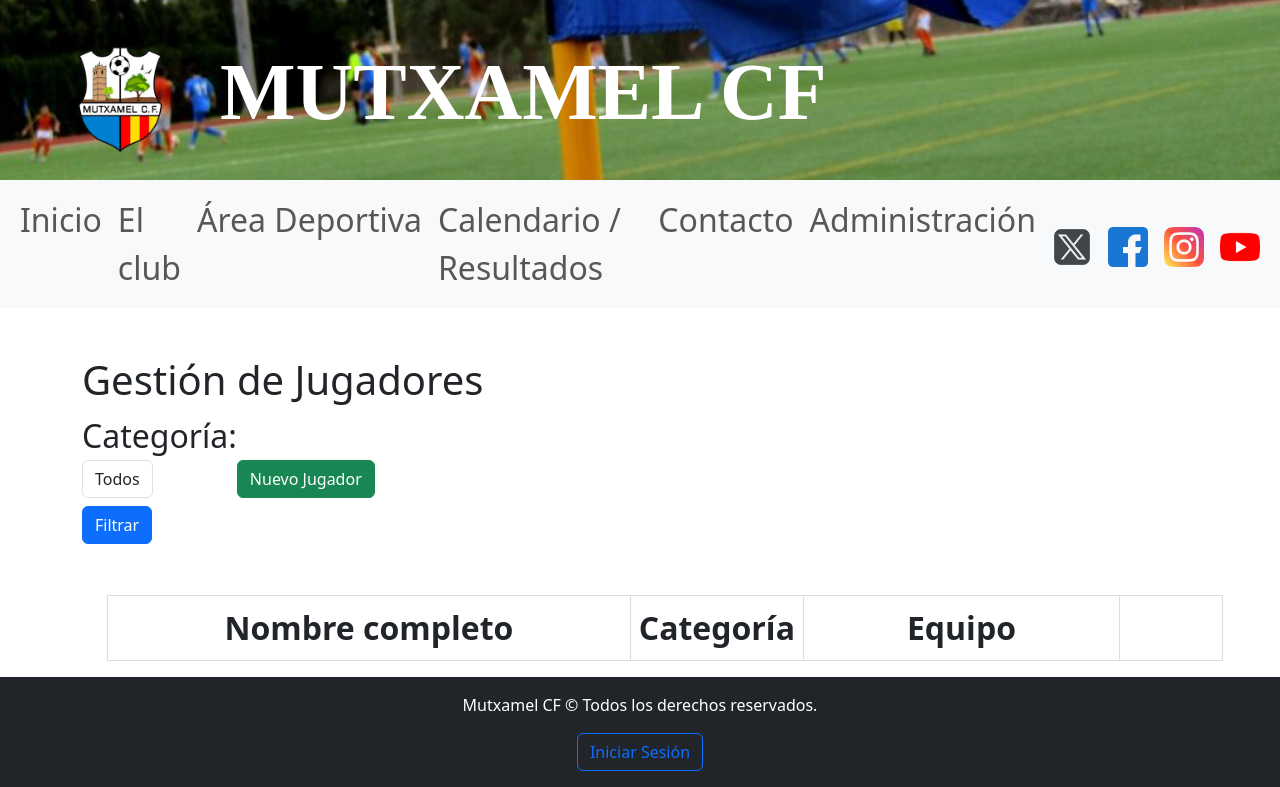
Repository: mikeluca/webMutxamelCF
Page: http://localhost/admin/jugadores
An editor plug-in stored every save of this project. The page is shown before and after the next save, followed by the edit.
The browser window is 1280 px wide. The pictures show the whole page.
Some web fonts or font styles are not loaded; a fallback is used. Some web libraries are served in a nearby version. The page is this project's Thymeleaf template; nobody is signed in. The template is opened directly, without the code that normally fills it, so the values that code supplies are empty.

Above is the page before, as saved 2024-10-29 14:53:33.

### mvc/src/main/resources/templates/admin/jugadores.html
<!DOCTYPE html>
<html xmlns:th="http://www.thymeleaf.org">

<head>
	<title>Mutxamel Club de Fútbol</title>
	<link href="https://cdn.jsdelivr.net/npm/bootstrap@5.3.0/dist/css/bootstrap.min.css" rel="stylesheet">
	<link th:href="@{/css/estilos.css}" rel="stylesheet">
	<link rel="icon" href="/images/favicon.ico" type="image/x-icon">
	<link href="https://fonts.googleapis.com/css2?family=Fredericka+the+Great&display=swap" rel="stylesheet">
	<link rel="stylesheet" href="https://cdn.jsdelivr.net/npm/bootstrap-icons@1.4.1/font/bootstrap-icons.css">
</head>

<body>

	<!-- Incluir el header -->
	<div th:replace="~{cabecera.html}"></div>

	<div class="container mt-5 lead">
		<h1>Gestión de Jugadores</h1>

		<div class="d-flex align-items-center mb-4"> <!-- Utiliza d-flex para alinear horizontalmente -->

			<!-- Filtro por categoría -->
			<form class="form-inline mb-4" action="/admin/jugadores" method="get">
				<label for="categoria" class="mr-2">Categoría:</label>
				<select id="categoria" name="categoria" class="form-control mr-2 w-auto">
					<option value="">Todos</option> <!-- Opción para "Todos" -->
					<option th:each="categoria : ${categorias}" th:value="${categoria}" th:text="${categoria}"></option>
				</select>
				<button type="submit" class="btn btn-primary">Filtrar</button>
			</form>

			<!-- Botón para nuevo jugador -->
			<button class="btn btn-success mb-4" data-toggle="modal" data-target="#jugadorModal"
				onclick="limpiarFormulario()">Nuevo Jugador</button>
		</div>

		<!-- Tabla de jugadores -->
		<table class="table table-striped w-100">
			<thead>
				<tr>
					<th style="width: 50%;">Nombre completo</th> <!-- Ajusta el ancho de la columna -->
					<th style="width: 10%;">Categoría</th> <!-- Ajuste mínimo para la columna de categoría -->
					<th style="width: 30%;">Equipo</th> <!-- Ajuste mínimo para la columna de equipo -->
					<th style="width: 10%;"></th> <!-- Ajuste mínimo para la columna de botones -->
				</tr>
			</thead>
			<tbody>
				<tr th:each="jugador : ${jugadores}">
					<!--					<td th:text="${jugador.dni}"></td>-->
					<td th:text="${jugador.nombre} + ' ' + ${jugador.apellidos}"></td>
					<td th:text="${jugador.categoria}"></td>
					<td th:text="${jugador.equipo}"></td>
					<td>
						<!--						 Botón para editar jugador -->
						<!--						<button class="btn btn-primary btn-sm" data-toggle="modal" data-target="#jugadorModal"-->
						<!--							th:onclick="editarJugador('${jugador.dni}')">-->
						<!--							<i class="bi bi-pencil"></i>  Ícono de editar -->
						<!--						</button>-->
						<!-- Botón para borrar jugador -->
						<form th:action="@{'/admin/jugadores/borrar/' + ${jugador.dni}}" method="post"
							style="display:inline;">
							<button type="submit" class="btn btn-danger btn-sm"
								onclick="return confirm('¿Estás seguro de que deseas borrar este jugador?');">
								<i class="bi bi-trash"></i> <!-- Ícono de eliminar -->
							</button>
						</form>
					</td>
				</tr>
			</tbody>
		</table>
	</div>

	<!-- Modal para crear/editar jugador -->
	<div class="modal fade lead" id="jugadorModal" tabindex="-1" role="dialog" aria-labelledby="jugadorModalLabel"
		aria-hidden="true">
		<div class="modal-dialog modal-lg" role="document">
			<div class="modal-content">
				<div class="modal-header">
					<h3 class="modal-title lead" id="jugadorModalLabel">Nuevo Jugador</h3>
					<button type="button" class="close" data-dismiss="modal" aria-label="Close">
						<span aria-hidden="true">&times;</span>
					</button>
				</div>
				<form id="jugadorForm" enctype="multipart/form-data">
					<div class="modal-body">
						<div class="row"> <!-- Fila para las columnas -->
							<div class="col-md-6"> <!-- Primera columna -->
								<div class="form-group">
									<label for="dni">DNI:</label>
									<input type="text" class="form-control" id="dni" name="dni" required>
								</div>
								<div class="form-group">
									<label for="nombre">Nombre:</label>
									<input type="text" class="form-control" id="nombre" name="nombre" required>
								</div>
								<div class="form-group">
									<label for="categoria">Categoría:</label>
									<select id="categoria" name="categoria" class="form-control">
										<option value="Escuelita">Escuelita</option>
										<option value="Benjamín">Benjamín</option>
										<option value="Prebenjamín">Prebenjamín</option>
										<option value="Alevín">Alevín</option>
										<option value="Infantil Femenino">Infantil Femenino</option>
										<option value="Infantil">Infantil</option>
										<option value="Cadete Femenino">Cadete Femenino</option>
										<option value="Cadete">Cadete</option>
										<option value="Juvenil">Juvenil</option>
										<option value="Filial">Filial</option>
										<option value="Primer Equipo Femenino">Primer Equipo Femenino</option>
										<option value="Primer Equipo">Primer Equipo</option>
										<option value="Veteranos">Veteranos</option>
									</select>
								</div>
								<div class="form-group">
									<label for="posicion">Posición:</label>
									<input type="text" class="form-control" id="posicion" name="posicion">
								</div>
							</div>
							<div class="col-md-6"> <!-- Segunda columna -->
								<div class="form-group">
									<label for="fechaNacimiento">Fecha Nacimiento:</label>
									<input type="date" class="form-control" id="fechaNacimiento" name="fechaNacimiento"
										required>
								</div>
								<div class="form-group">
									<label for="apellidos">Apellidos:</label>
									<input type="text" class="form-control" id="apellidos" name="apellidos" required>
								</div>
								<div class="form-group">
									<label for="equipo">Equipo:</label>
									<input type="text" class="form-control" id="equipo" name="equipo">
								</div>
								<div class="form-group">
									<label for="dorsal">Dorsal:</label>
									<input type="number" class="form-control" id="dorsal" name="dorsal">
								</div>
								<!-- Campo para subir foto -->
								<div class="form-group">
									<label for="foto">Subir Foto</label>
									<input type="file" class="form-control-file" id="foto" name="foto" accept="image/*">
								</div>
							</div>
						</div>
					</div>
					<div class="modal-footer">
						<button type="button" class="btn btn-secondary" data-dismiss="modal">Cerrar</button>
						<button type="submit" class="btn btn-primary" onclick="guardarJugador()">Guardar
							Cambios</button>
					</div>
				</form>
			</div>
		</div>
	</div>


	<!-- Incluir el footer -->
	<div th:replace="~{footer.html}"></div>

	<script>
		function guardarJugador() {
			// Obtén los datos del formulario
			const formData = new FormData(document.getElementById('jugadorForm'));

			// Enviar el formulario con AJAX
			fetch('/admin/jugadores/guardar', {
				method: 'POST',
				body: formData
			}).catch(error => console.error('Error:', error));
		}

		function limpiarFormulario() {
			document.getElementById('dni').value = '';
			document.getElementById('nombre').value = '';
			document.getElementById('apellidos').value = '';
			document.getElementById('posicion').value = '';
			document.getElementById('fechaNacimiento').value = '';
			document.getElementById('categoria').value = '';
			document.getElementById('dorsal').value = '';
			document.getElementById('posicion').value = '';
			document.getElementById('equipo').value = '';
			document.getElementById('jugadorModalLabel').textContent = 'Nuevo Jugador';
		}

		/*function editarJugador(dni) {
			fetch(`/admin/jugadores/editar/${dni}`)
				.then(response => {
					if (!response.ok) {
						throw new Error('Error en la red');
					}
					return response.json();
				})
				.then(data => {
					document.getElementById('dni').value = data.dni;
					document.getElementById('nombre').value = data.nombre;
					document.getElementById('apellidos').value = data.apellidos;
					document.getElementById('posicion').value = data.posicion;
					document.getElementById('fechaNacimiento').value = data.fechaNacimiento;
					document.getElementById('categoria').value = data.categoria;
					document.getElementById('dorsal').value = data.dorsal;
					document.getElementById('equipo').value = data.equipo;

					// Cambia el título del modal
					document.getElementById('jugadorModalLabel').textContent = 'Editar Jugador';

					// Muestra el modal
					$('#jugadorModal').modal('show');
				})
				.catch(error => console.error('Error:', error));
		}*/

	</script>
	<script src="https://code.jquery.com/jquery-3.6.0.min.js"></script>
	<script src="https://cdn.jsdelivr.net/npm/bootstrap@5.3.0/dist/js/bootstrap.bundle.min.js"></script>
	<script src="https://cdn.jsdelivr.net/npm/@popperjs/core@2.5.2/dist/umd/popper.min.js"></script>
	<script src="https://stackpath.bootstrapcdn.com/bootstrap/4.5.2/js/bootstrap.min.js"></script>
</body>

</html>

### mvc/src/main/resources/templates/cabecera.html
<div>
	<header class="text-white text-center header">
		<div class="logo-titulo">
			<!-- Imagen del escudo -->
			<a href="/index"><img src="/images/escudo.png" href="/index" alt="Escudo del Club" width="200px"
					style="margin: 20px 0px;"></a>
			<!-- Nombre del club -->
			<h1 class="lead fw-bold grafiti-title" style="font-size: 80px;">MUTXAMEL CF</h1>
		</div>
	</header>

	<nav class="navbar navbar-expand-lg navbar-light bg-light" style="background-color: rgb(213, 243, 253);">
		<div class="container-fluid lead">
			<!-- Botón de hamburguesa solo visible en pantallas pequeñas -->
			<button class="navbar-toggler" type="button" data-bs-toggle="collapse" data-bs-target="#navbarNav">
				<span class="navbar-toggler-icon"></span>
			</button>
			<!-- Menú de navegación -->
			<div class="collapse navbar-collapse" id="navbarNav">
				<ul class="navbar-nav me-auto">
					<li class="nav-item">
						<a class="nav-link" href="/index">Inicio</a>
					</li>
					<li class="nav-item">
						<a class="nav-link" href="/historia">El club</a>
					</li>
					<li class="nav-item dropdown">
						<a class="nav-link dropdown-toggle" href="#" id="navbarDropdown" role="button"
							data-bs-toggle="dropdown">
							Área Deportiva
						</a>

						<ul class="dropdown-menu lead">
							<li th:each="equipo : ${listaEquipos}">
								<a class="dropdown-item" th:href="@{/categorias/{equipo}(equipo=${equipo.nombre})}"
									th:text="${equipo.nombre}"></a>
							</li>
						</ul>

						<!--						<ul class="dropdown-menu lead">-->
						<!--							<li><a class="dropdown-item"-->
						<!--									th:href="@{/categorias/{categoria}(categoria='Escuelita')}">Escuelita</a></li>-->
						<!--							<li><a class="dropdown-item"-->
						<!--									th:href="@{/categorias/{categoria}(categoria='Prebenjamín')}">Prebenjamín</a></li>-->
						<!--							<li><a class="dropdown-item"-->
						<!--									th:href="@{/categorias/{categoria}(categoria='Benjamín')}">Benjamín</a></li>-->
						<!--							<li><a class="dropdown-item"-->
						<!--									th:href="@{/categorias/{categoria}(categoria='Alevín')}">Alevín</a>-->
						<!--							</li>-->
						<!--							<li><a class="dropdown-item"-->
						<!--									th:href="@{/categorias/{categoria}(categoria='Infantil Femenino')}">Infantil-->
						<!--									Femenino</a></li>-->
						<!--							<li><a class="dropdown-item"-->
						<!--									th:href="@{/categorias/{categoria}(categoria='Infantil')}">Infantil</a></li>-->
						<!--							<li><a class="dropdown-item"-->
						<!--									th:href="@{/categorias/{categoria}(categoria='Cadete Femenino')}">Cadete-->
						<!--									Femenino</a>-->
						<!--							</li>-->
						<!--							<li><a class="dropdown-item"-->
						<!--									th:href="@{/categorias/{categoria}(categoria='Cadete')}">Cadete</a>-->
						<!--							</li>-->
						<!--							<li><a class="dropdown-item"-->
						<!--									th:href="@{/categorias/{categoria}(categoria='Juvenil')}">Juvenil</a></li>-->
						<!--							<li><a class="dropdown-item"-->
						<!--									th:href="@{/categorias/{categoria}(categoria='Filial')}">Filial</a>-->
						<!--							</li>-->
						<!--							<li><a class="dropdown-item"-->
						<!--									th:href="@{/categorias/{categoria}(categoria='Primer Equipo')}">Primer Equipo</a>-->
						<!--							</li>-->
						<!--							<li><a class="dropdown-item"-->
						<!--									th:href="@{/categorias/{categoria}(categoria='Veteranos')}">Veteranos</a></li>-->
						<!--						</ul>-->
					</li>
					<li class="nav-item">
						<a class="nav-link" href="/resultados">Calendario / Resultados</a>
					</li>
					<li class="nav-item">
						<a class="nav-link" href="/contacto">Contacto</a>
					</li>
					<!-- Menú Administración -- La opción requiere autenticación -->
					<li class="nav-item dropdown">
						<a class="nav-link dropdown-toggle" href="#" id="navbarDropdown" role="button"
							data-bs-toggle="dropdown">
							Administración
						</a>
						<ul class="dropdown-menu lead">
							<li><a class="dropdown-item" href="/admin/equipos">Equipos</a></li>
							<li><a class="dropdown-item" href="/admin/jugadores">Jugadores</a></li>
							<li><a class="dropdown-item" href="/admin/cuerpo-tecnico">Cuerpo Técnico</a></li>
							<li><a class="dropdown-item" href="/admin/calendario-resultados">Calendario/Resultados</a>
							</li>
							<li><a class="dropdown-item" href="/admin/noticias">Noticias</a></li>
						</ul>
					</li>
					<!--			<li class="nav-item" id="menu-restringido" style="display: none;">-->
					<!--				<a class="nav-link" href="#">Administración</a>-->
					<!--			</li>-->
				</ul>
			</div>
			<!-- Redes Sociales siempre pegadas a la derecha -->
			<div class="social-icons d-flex ms-auto">
				<a href="https://x.com/mutxamelcf" target="_blank" class="mx-2">
					<img src="/images/twitter.png" alt="Twitter" width="40" height="40">
				</a>
				<a href="https://facebook.com/MutxamelCF17" target="_blank" class="mx-2">
					<img src="/images/facebook.png" alt="Facebook" width="40" height="40">
				</a>
				<a href="https://instagram.com/mutxamelcf.oficial/" target="_blank" class="mx-2">
					<img src="/images/instagram.png" alt="Instagram" width="40" height="40">
				</a>
				<a href="https://youtube.com/@mutxamelcf355" target="_blank" class="mx-2">
					<img src="/images/youtube.png" alt="YouTube" width="40" height="40">
				</a>
			</div>
		</div>
	</nav>

	<!-- Modal -->
	<div class="modal fade" id="messageModal" tabindex="-1" role="dialog" aria-labelledby="modalLabel"
		aria-hidden="true">
		<div class="modal-dialog" role="document">
			<div class="modal-content">
				<div class="modal-header">
					<h5 class="modal-title" id="modalLabel">Mensaje</h5>
					<button type="button" class="close" data-dismiss="modal" aria-label="Close">
						<span aria-hidden="true">&times;</span>
					</button>
				</div>
				<div class="modal-body">
					<p th:text="${message}"></p>
				</div>
				<div class="modal-footer">
					<button type="button" class="btn btn-secondary" data-dismiss="modal">Cerrar</button>
				</div>
			</div>
		</div>
	</div>

</div>

### mvc/src/main/resources/templates/footer.html
<footer class="bg-dark text-white text-center py-3">
	<p>Mutxamel CF © Todos los derechos reservados.</p>

	<button class="btn btn-outline-primary ms-auto" data-bs-toggle="modal" data-bs-target="#loginModal">
		Iniciar Sesión
	</button>

	<!-- JS de Bootstrap y Popper.js -->
	<!--	<script src="https://cdn.jsdelivr.net/npm/@popperjs/core@2.11.6/dist/umd/popper.min.js"></script>-->
	<!--	<script src="https://cdn.jsdelivr.net/npm/bootstrap@5.3.0-alpha1/dist/js/bootstrap.min.js"></script>-->
	<!--	<script>-->
	<!--		document.addEventListener("DOMContentLoaded", function () {-->

	<!--			document.getElementById('loginButton').addEventListener('click', function () {-->
	<!--				event.preventDefault(); // Evita que el formulario se envíe normalmente-->

	<!--				// Captura los valores de usuario y contraseña-->
	<!--				const usuario = document.getElementById('usuario').value;-->
	<!--				const password = document.getElementById('password').value;-->

	<!--				// Hacemos una petición AJAX al backend para validar el login-->
	<!--				fetch('/login', {-->
	<!--					method: 'POST',-->
	<!--					headers: {-->
	<!--						'Content-Type': 'application/json',-->
	<!--					},-->
	<!--					body: JSON.stringify({username: usuario, password: password}),-->
	<!--				})-->
	<!--					.then(response => response.json())-->
	<!--					.then(data => {-->
	<!--						if (data.valid) {-->
	<!--							// Si el login es exitoso, cerramos el modal y mostramos la opción restringida-->
	<!--							const modal = bootstrap.Modal.getInstance(document.getElementById('loginModal'));-->
	<!--							modal.hide();-->

	<!--							if (data.role === 'ROLE_ADMIN') {-->
	<!--								// Muestra una opción específica si el usuario tiene el rol de admin-->
	<!--								document.getElementById('menu-restringido').style.display = 'block';-->
	<!--							}-->
	<!--						} else {-->
	<!--							// Mostrar un mensaje de error si el login falla-->
	<!--							document.getElementById('loginError').style.display = 'block';-->
	<!--						}-->
	<!--					})-->
	<!--					.catch(error => {-->
	<!--						console.error('Error al validar el login:', error);-->
	<!--					});-->
	<!--			});-->
	<!--		});-->
	<!--	</script>-->

</footer>

### mvc/src/main/resources/static/css/estilos.css
html,
body {
	height: 100%;
	/* Aseguramos que la página ocupe todo el alto del viewport */
	margin: 0;
}

/* Usar flexbox para que el contenido principal llene el espacio disponible */
body {
	display: flex;
	flex-direction: column;
	/* Coloca los elementos en columnas */
}

/* El contenido principal debe crecer para ocupar el espacio libre */
main {
	flex: 1;
	/* Hace que el main crezca y ocupe todo el espacio disponible */
}

/* Aumentar el tamaño de la clase .lead */
.lead {
	font-size: 2.0rem;
	/* Puedes ajustar este valor como desees */
}

.grafiti-title {
	font-family: 'Fredericka the Great', cursive;
	/* Aplicar la fuente */
	font-size: 3rem;
	/* Tamaño de fuente */
	color: white;
	/* Color del texto */
	text-align: center;
	/* Alinear el texto */
}

header {
	background-image: url('/images/fondo.png');
	/* Ruta de la imagen */
	background-size: cover;
	/* Ajusta la imagen para cubrir todo el encabezado */
	background-position: bottom;
	/* Centra la imagen */
	background-repeat: no-repeat;
	/* Evita que la imagen se repita */
	height: 180px;
	/* Altura del encabezado, ajusta según tu diseño */
	color: white;
	justify-content: center;
	align-items: center;
	padding: 20px;
}

/* Ocultar el icono del menú desplegable */
.dropdown-toggle::after {
	display: none;
	/* Quita la flecha que aparece por defecto */
}

/* Cambiar el color de fondo de las opciones de la barra de navegación al pasar el ratón */
.navbar-nav .nav-link:hover {
	background-color: rgba(173, 216, 230, 0.5);
	/* Cambia este color al que prefieras */
	color: #000;
	/* Cambia el color del texto si es necesario */
}

/* Cambiar el color de fondo del elemento activo */
.navbar-nav .nav-link.active {
	background-color: rgba(173, 216, 230, 0.7);
	/* Color de fondo para el elemento activo */
	color: #000;
	/* Cambia el color del texto si es necesario */
}

.dropdown-submenu {
	position: relative;
}

.dropdown-submenu .dropdown-menu {
	left: 100%;
	top: 0;
	margin-left: 0;
	margin-top: 0;
	display: none;
	/* Ocultamos el submenú inicialmente */
}

.dropdown-submenu:hover .dropdown-menu,
.dropdown-submenu:focus-within .dropdown-menu {
	display: block;
	/* Mostramos el submenú cuando se pasa el ratón o se enfoca */
}

.logo-titulo {
	display: flex;
	align-items: center;
}

.logo-titulo img {
	margin-right: 15px;
	/* Espacio entre el logo y el texto */
}

.social-icons {
	align-content: end;
}

.social-icons img {
	transition: transform 0.3s;
}

.social-icons img:hover {
	transform: scale(1.5);
	/* Aumenta el tamaño de los íconos al pasar el mouse */
}

/* Contenedor de las noticias con CSS Grid */
.noticias-grid {
	display: grid;
	grid-template-columns: repeat(auto-fit, minmax(350px, 1fr));
	/* Las tarjetas se ajustan automáticamente */
	gap: 15px;
	/* Espacio entre las tarjetas */
}

.noticia-img {
	height: 350px;
	/* Ajusta la altura deseada */
	object-fit: cover;
	/* Ajusta la imagen para que se recorte de forma adecuada */
	width: 100%;
	/* Asegura que la imagen ocupe todo el ancho del contenedor */
}

/* Contenedor de las plantillas con CSS Grid */
.personas-grid {
	display: grid;
	grid-template-columns: repeat(auto-fit, minmax(300px, 1fr));
	/* Las tarjetas se ajustan automáticamente */
	gap: 15px;
	/* Espacio entre las tarjetas */
}

.persona-img {
	height: 150px;
	/* Ajusta la altura deseada */
	object-fit: contain;
	/* Ajusta la imagen para que se recorte de forma adecuada */
	width: 100%;
	/* Asegura que la imagen ocupe todo el ancho del contenedor */
	padding: 10px;
	border-radius: 10%;
}

table {
	width: 90%;
	border-collapse: collapse;
	margin: 25px;
}

table,
th,
td {
	border: 1px solid #ddd;
}

th,
td {
	padding: 10px;
	text-align: center;
}

th {
	background-color: #f2f2f2;
}

tbody tr:nth-child(even) {
	background-color: #f9f9f9;
}

tbody tr:hover {
	background-color: #f1f1f1;
}

After the next save:
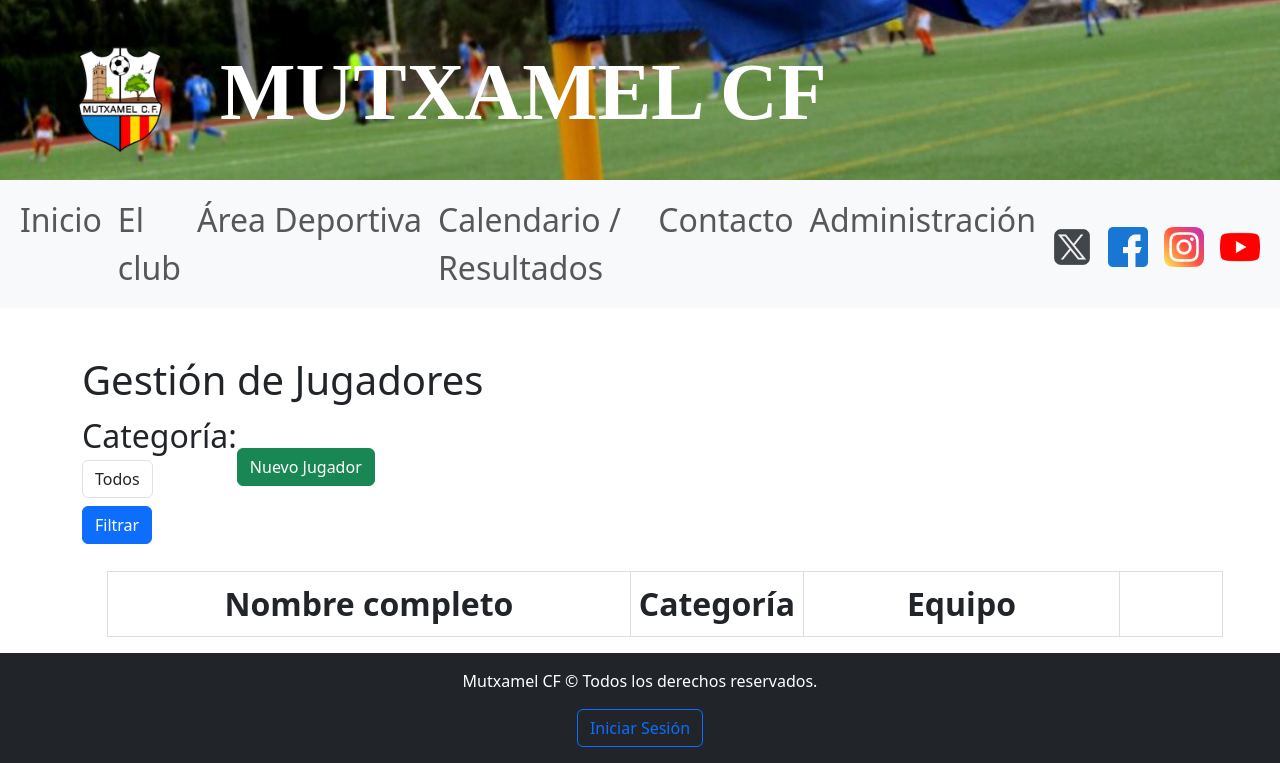
Saved 27 s later.
--- a/mvc/src/main/resources/templates/admin/jugadores.html
+++ b/mvc/src/main/resources/templates/admin/jugadores.html
@@ -21,7 +21,7 @@
 		<div class="d-flex align-items-center mb-4"> <!-- Utiliza d-flex para alinear horizontalmente -->
 
 			<!-- Filtro por categoría -->
-			<form class="form-inline mb-4" action="/admin/jugadores" method="get">
+			<form class="form-inline mr-2" action="/admin/jugadores" method="get">
 				<label for="categoria" class="mr-2">Categoría:</label>
 				<select id="categoria" name="categoria" class="form-control mr-2 w-auto">
 					<option value="">Todos</option> <!-- Opción para "Todos" -->
